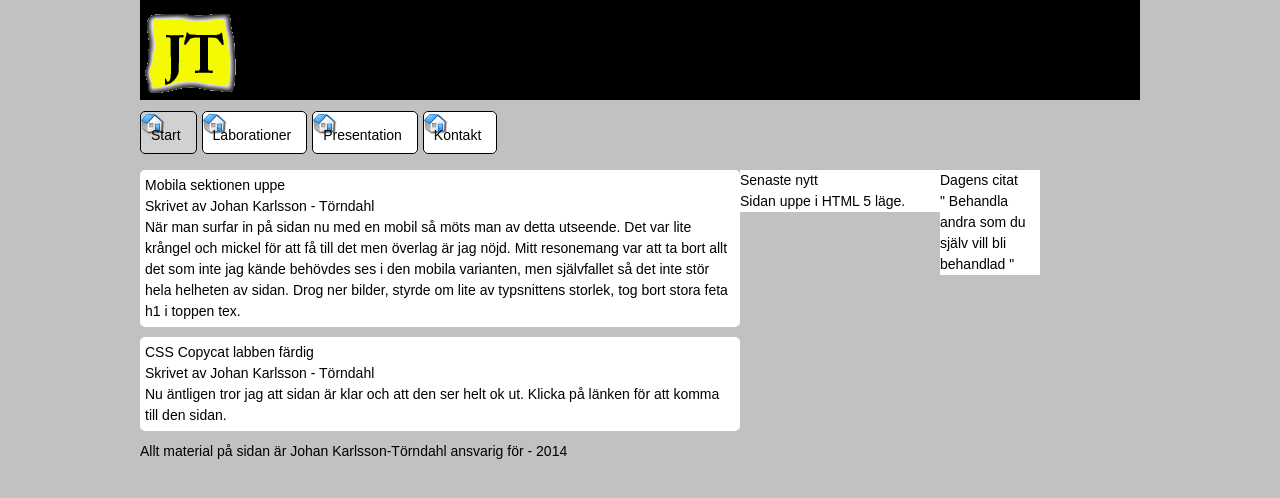
Repository: jt222ia/1ik415-jt222ia-laborationer
Page: htmlfem/index.html
The author's editor kept a record of every edit. The page is drawn from the files as they stood at one moment, then again after the next edit.
The browser window is 1280 px wide. The pictures show the whole page.

Above is the page before.

### htmlfem/index.html
<!DOCTYPE html>
<html>
    <head>
        <meta charset="utf-8" />
        <title>Min kursblogg i HTML 5 - Startsida</title>
        <meta name="viewport" content="width=device-width, initial-scale=1.0" />
        <link rel="shortcut icon" href="../pics/favicon.ico" />
        <link rel="apple-touch-icon" href="../pics/apple_touch.png" />
        <link rel="stylesheet" media="screen and (min-width:481px)" href="style.css" />
        <link rel="stylesheet" media="only screen and (max-width:480px)" href="" />
        <link rel="stylesheet" type="text/css" media="print" href="" />
    </head>
    <body>
        <div id="wrapper">
            <header class="mainheader">
                <img src="pics/logo_trans.1.png" alt="Logotyp" class="top_img" />
                <h1 class="top_h1">Välkommen till min laborationsportal</h1>
            </header>
                <nav>
                    <ul>
                        <li><a href="#" class="active">Start</a></li>
                        <li><a href="#">Laborationer</a></li>
                        <li><a href="#">Presentation</a></li>
                        <li><a href="#">Kontakt</a></li>
                    </ul>
                </nav>
            <main>

                <article class="blogg">
                    <header class="blog_overskrift">Mobila sektionen uppe</header>
                    <footer class="blog_underskrift">Skrivet av Johan Karlsson - Törndahl <time></time></footer>
                    <content class="bloginlagg">
                        <p>När man surfar in på sidan nu med en mobil så möts man av detta utseende. Det var lite krångel och mickel för att få till det men överlag är jag nöjd.
                        Mitt resonemang var att ta bort allt det som inte jag kände behövdes ses i den mobila varianten, men självfallet så det inte stör hela helheten av sidan. Drog ner bilder, styrde om lite av
                        typsnittens storlek, tog bort stora feta h1 i toppen tex.
                        </p>
                    </content>
                </article>

                <article class="blogg">
                    <header class="blog_overskrift">CSS Copycat labben färdig</header>
                    <footer class="blog_underskrift">Skrivet av Johan Karlsson - Törndahl<time></time></footer>
                    <content class="bloginlagg">
                        <p>Nu äntligen tror jag att sidan är klar och att den ser helt ok ut. Klicka på länken för att komma till den sidan.</p>
                    </content>
                </article>
            </main>
            <aside class="top">
                <article>
                    <h2>Senaste nytt</h2>
                        <p>Sidan uppe i HTML 5 läge.</p>
                </article>
            </aside>

            <aside class="middle">
                <article>
                    <h2>Dagens citat</h2>
                        <p class="quote">" Behandla andra som du själv vill bli behandlad "</p>
                </article>
            </aside>

            <footer class="mainfooter">
                <p>Allt material på sidan är Johan Karlsson-Törndahl ansvarig för - 2014</p>
            </footer>

         </div>
    </body>
</html>

### htmlfem/style.css
/* http://meyerweb.com/eric/tools/css/reset/
   v2.0b1 | 201101
   NOTE: WORK IN PROGRESS
   USE WITH CAUTION AND TEST WITH ABANDON */

html, body, div, span, applet, object, iframe,
h1, h2, h3, h4, h5, h6, p, blockquote, pre,
a, abbr, acronym, address, big, cite, code,
del, dfn, em, img, ins, kbd, q, s, samp,
small, strike, strong, sub, sup, tt, var,
b, u, i, center,
dl, dt, dd, ol, ul, li,
fieldset, form, label, legend,
table, caption, tbody, tfoot, thead, tr, th, td,
article, aside, canvas, details, figcaption, figure,
footer, header, hgroup, menu, nav, section, summary,
time, mark, audio, video {
	margin: 0;
	padding: 0;
	border: 0;
	outline: 0;
	font-size: 100%;
	font: inherit;
	vertical-align: baseline;
}
/* HTML5 display-role reset for older browsers */
article, aside, details, figcaption, figure,
footer, header, hgroup, main, menu, nav, section {
	display: block;
}
body {
	line-height: 1;
}
ol, ul {
	list-style: none;
}
blockquote, q {
	quotes: none;
}
blockquote:before, blockquote:after,
q:before, q:after {
	content: '';
	content: none;
}

ins {
	text-decoration: none;
}
del {
	text-decoration: line-through;
}

table {
	border-collapse: collapse;
	border-spacing: 0;
}
/* Början */
body {
    /*background-color:#57572D;*/
    background-color:#c1c1c1;
    font-family:Arial;
    font-size:14px;
    line-height:1.5;
}
#wrapper {
    margin:0 auto;
    width:1000px;

}
.mainheader {
    height:100px;
    margin-bottom:10px;
    background-color:#000;
}
.top_img{
    float:left;
}
.top_h1 {
    float:left;
    margin:30px 0 0px 20px;
    font-size:24px;
    font-weight:bold;
    font-family:Verdana;
}
nav  {
    clear:both;
    height:60px;
}
nav ul {
    list-style:none;

}
nav ul li {
    float:left;
    display:inline;
    margin-top:15px;

}
nav ul li a {
    text-decoration:none;
    width:150px;
    margin-right:5px;
    padding:15px 15px 10px 10px;
    background-color:#fff;
    background-image:url(../pics/sprite.png);
    background-repeat:no-repeat;
    color:#000;
    border:1px solid #000;
    border-radius:5px;
    -moz-border-radius:5px;
    -webkit-border-radius:5px;
}
nav ul li a:hover {
    background-color:#ccc;
    background-image:url(../pics/sprite.png);
    background-repeat:no-repeat;
    background-position:0px -48px;
}
.active {
    background-color:#d1d1d1;
}

/*Main */
main {
    float:left;
    width:600px;
}

.blogg {
   background-color:#fff;
   margin-bottom:10px;
   padding:5px 5px;
   border-radius:5px;
   -moz-border-radius:5px;
   -webkit-border-radius:5px;
}
.top {
    float:left;
    width:200px;
    background-color:#fff;

}
.middle{
     float:left;
    width:100px;
    background-color:#fff;
}
.mainfooter{
    clear:both;
}

After the next edit:
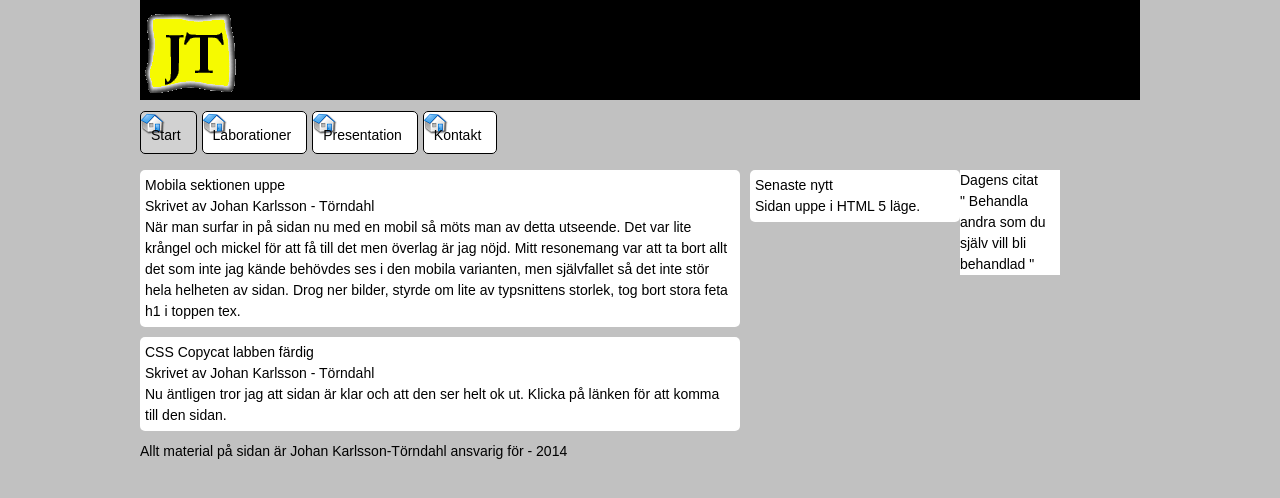
The edit:
--- a/htmlfem/style.css
+++ b/htmlfem/style.css
@@ -138,6 +138,11 @@
     float:left;
     width:200px;
     background-color:#fff;
+    margin-left:10px;
+    padding:5px 5px;
+    border-radius:5px;
+   -moz-border-radius:5px;
+   -webkit-border-radius:5px;
 
 }
 .middle{
